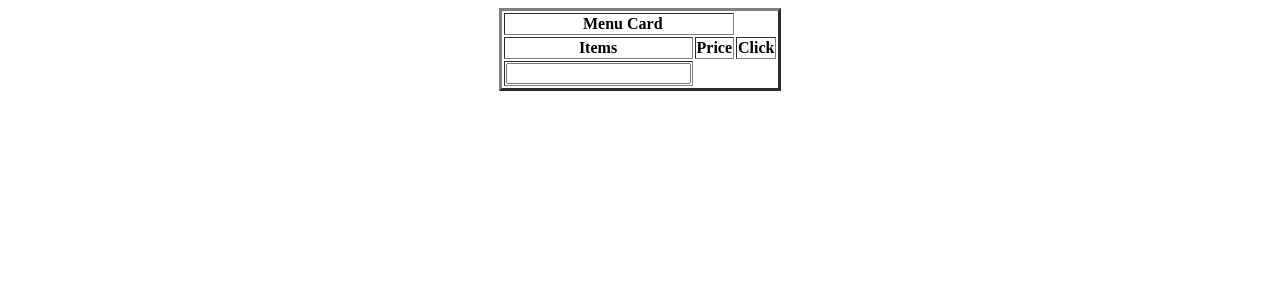
Repository: PersonalGithub26/Infinite-Training
Page: Day10/SwiggyProject/src/Swiggy.html
The author's editor kept a copy of each file at every save. The page is drawn from the files as they stood at one save, then again after the next save.
The browser window is 1280 px wide. The pictures show the whole page.

Above is the page before, as saved 2022-12-29 15:33:01.
Console error: ReferenceError: items is not defined

After the next save:
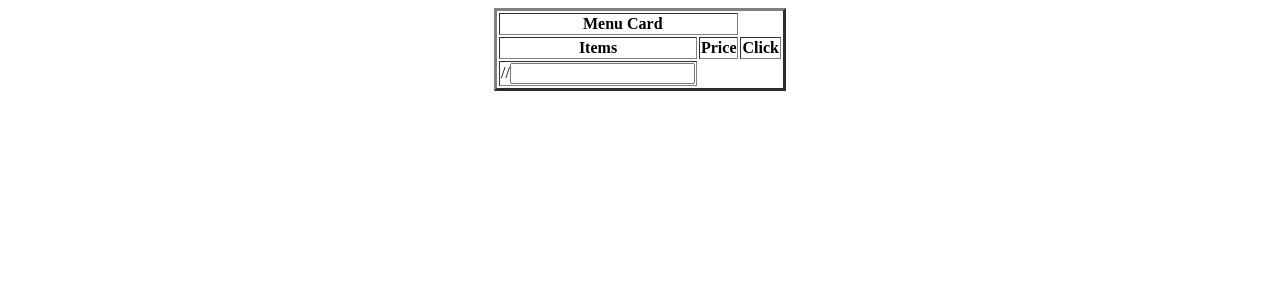
Saved 4 min 6 s later.
--- a/Day10/SwiggyProject/src/Swiggy.html
+++ b/Day10/SwiggyProject/src/Swiggy.html
@@ -25,7 +25,7 @@
 			</tr>
 			<tr>
 				<td>
-					<input type="text" onblur="show()">
+					//<input type="text" onblur="show()">
 
 						<script>
                             for (i = 0; i < items.length; i++) {
